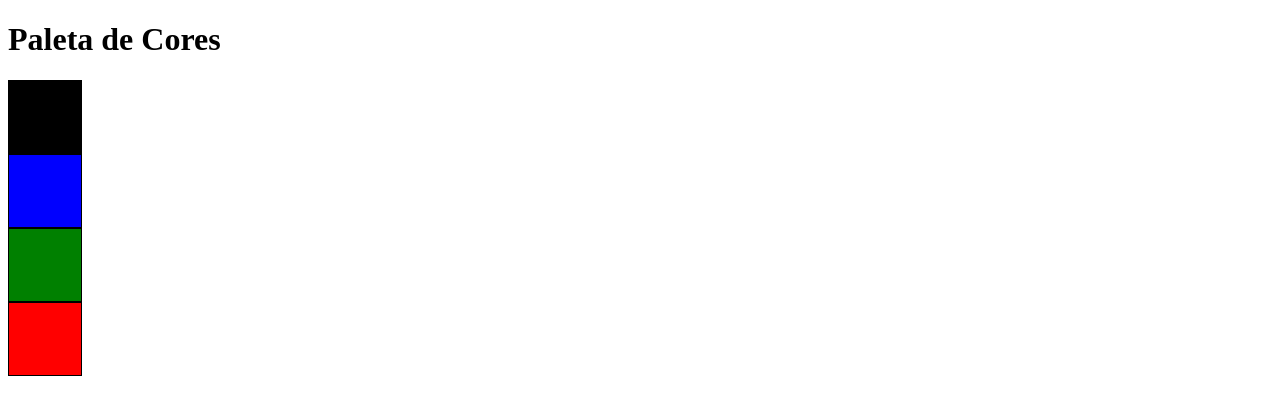
Repository: MuriloColleti/project-Pixer-Art
Page: index.html
These files come from the project's save history. The page is drawn as it stood at one moment and after the next save; the edit follows.
The browser window is 1280 px wide. The pictures show the whole page.

Above is the page before, as saved 2024-02-05 16:16:52.

After the next save:
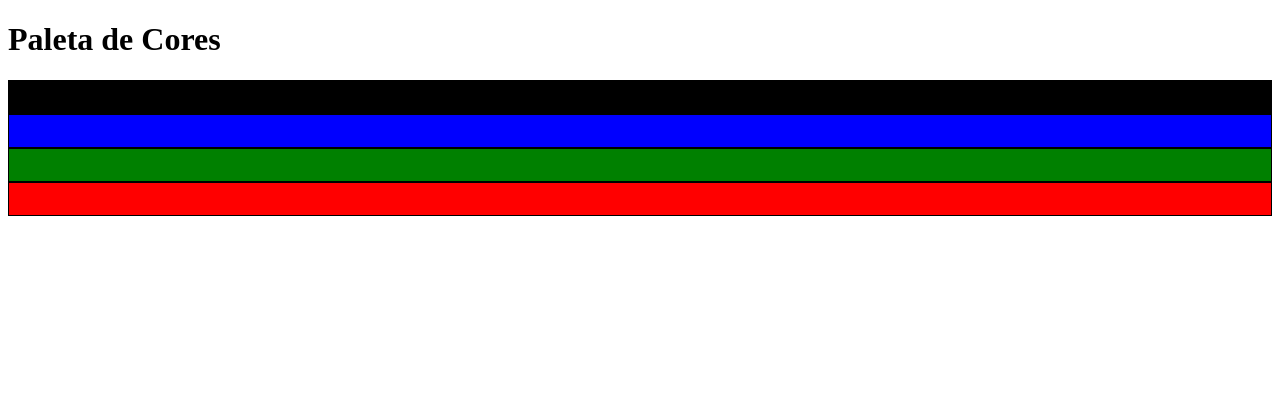
Saved 7 s later.
--- a/style.css
+++ b/style.css
@@ -15,8 +15,6 @@
 }
 
 .square{
-    width: 40px;
-    height: 40px;
     border: 1px solid black;
     padding: 1rem;
 }

After the save that followed:
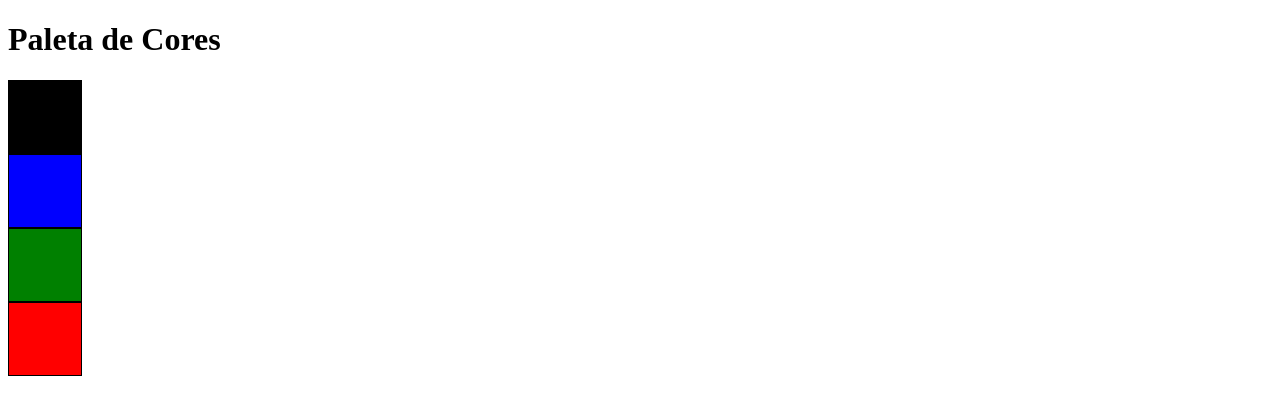
Saved 12 s later.
--- a/style.css
+++ b/style.css
@@ -15,6 +15,8 @@
 }
 
 .square{
+    width: 40px;
+    height: 40px;
     border: 1px solid black;
     padding: 1rem;
 }
